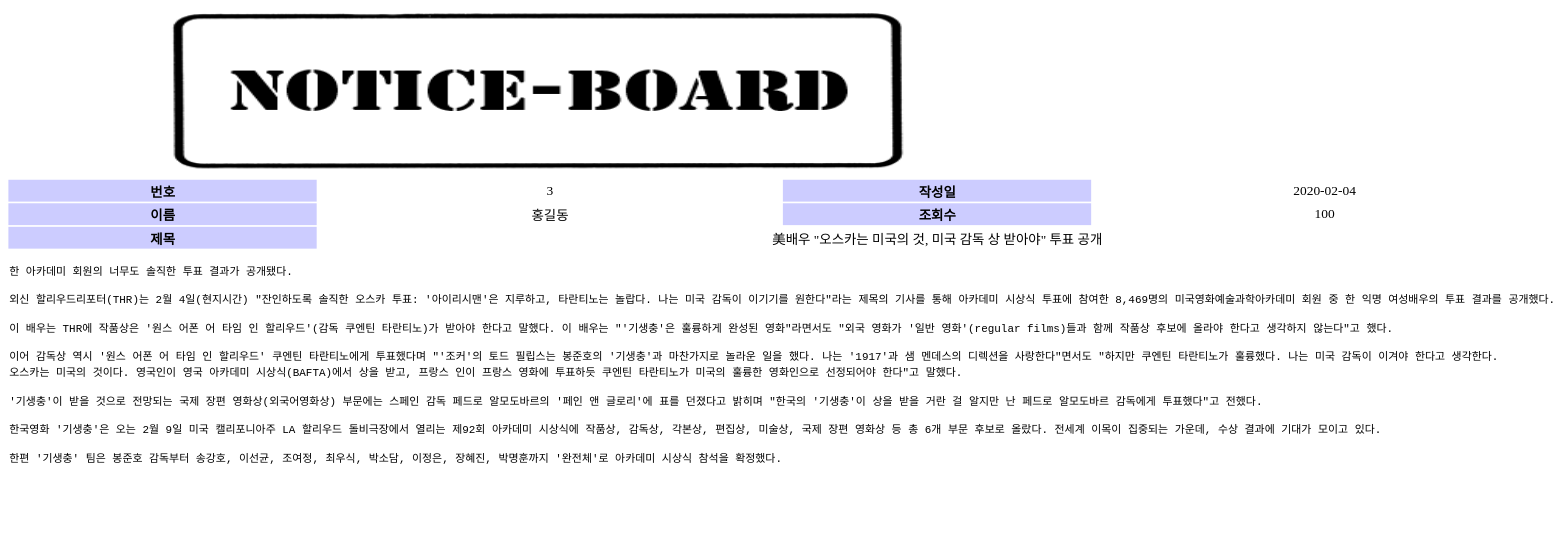
Repository: Rummikub/DBStudy
Page: HTML Project3/WebContent/html/detail.html
These files come from the project's save history. The page is drawn as it stood at one moment and after the next save; the edit follows.
The browser window is 1280 px wide. The page is 1856 px wide, then 1663 px, so the pictures cover 1856 px, including what lies to the right of the window. The pictures show the whole page, at 84% of full size.

Above is the page before, as saved 2020-02-05 07:13:40.

### HTML Project3/WebContent/html/detail.html
<!DOCTYPE html>
<html>
<head>
<meta charset="UTF-8">
<title>Insert title here</title>
</head>
<body>
	<center>
	<img src="noticeboard.png" width=900 height=200>
	<table border=0 width=900>
		<tr>
		 <th width=20% bgcolor="#ccccff">번호</th>
		 <td width=30% align="center">3</td>
		 <th width=20% bgcolor="#ccccff">작성일</th>
		 <td width=30% align="center">2020-02-04</td>
		</tr>
		<tr>
		 <th width=20% bgcolor="#ccccff">이름</th>
		 <td width=30% align="center">홍길동</td>
		 <th width=20% bgcolor="#ccccff">조회수</th>
		 <td width=30% align="center">100</td>
		</tr>
		<tr>
		 <th width=20% bgcolor="#ccccff">제목</th>
		 <td colspan="3" align="center">美배우 "오스카는 미국의 것, 미국 감독 상 받아야" 투표 공개</td>
		</tr>
		<tr>
		 <td colspan="4" align="left" valign="top" height="200"><pre>한 아카데미 회원의 너무도 솔직한 투표 결과가 공개됐다.

외신 할리우드리포터(THR)는 2월 4일(현지시간) "잔인하도록 솔직한 오스카 투표: '아이리시맨'은 지루하고, 타란티노는 놀랍다. 나는 미국 감독이 이기기를 원한다"라는 제목의 기사를 통해 아카데미 시상식 투표에 참여한 8,469명의 미국영화예술과학아카데미 회원 중 한 익명 여성배우의 투표 결과를 공개했다.

이 배우는 THR에 작품상은 '원스 어폰 어 타임 인 할리우드'(감독 쿠엔틴 타란티노)가 받아야 한다고 말했다. 이 배우는 "'기생충'은 훌륭하게 완성된 영화"라면서도 "외국 영화가 '일반 영화'(regular films)들과 함께 작품상 후보에 올라야 한다고 생각하지 않는다"고 했다.

이어 감독상 역시 '원스 어폰 어 타임 인 할리우드' 쿠엔틴 타란티노에게 투표했다며 "'조커'의 토드 필립스는 봉준호의 '기생충'과 마찬가지로 놀라운 일을 했다. 나는 '1917'과 샘 멘데스의 디렉션을 사랑한다"면서도 "하지만 쿠엔틴 타란티노가 훌륭했다. 나는 미국 감독이 이겨야 한다고 생각한다.
오스카는 미국의 것이다. 영국인이 영국 아카데미 시상식(BAFTA)에서 상을 받고, 프랑스 인이 프랑스 영화에 투표하듯 쿠엔틴 타란티노가 미국의 훌륭한 영화인으로 선정되어야 한다"고 말했다.

'기생충'이 받을 것으로 전망되는 국제 장편 영화상(외국어영화상) 부문에는 스페인 감독 페드로 알모도바르의 '페인 앤 글로리'에 표를 던졌다고 밝히며 "한국의 '기생충'이 상을 받을 거란 걸 알지만 난 페드로 알모도바르 감독에게 투표했다"고 전했다.

한국영화 '기생충'은 오는 2월 9일 미국 캘리포니아주 LA 할리우드 돌비극장에서 열리는 제92회 아카데미 시상식에 작품상, 감독상, 각본상, 편집상, 미술상, 국제 장편 영화상 등 총 6개 부문 후보로 올랐다. 전세계 이목이 집중되는 가운데, 수상 결과에 기대가 모이고 있다.

한편 '기생충' 팀은 봉준호 감독부터 송강호, 이선균, 조여정, 최우식, 박소담, 이정은, 장혜진, 박명훈까지 '완전체'로 아카데미 시상식 참석을 확정했다.</pre></td>
		</tr>
	</table>
	</center>
</body>
</html>

After the next save:
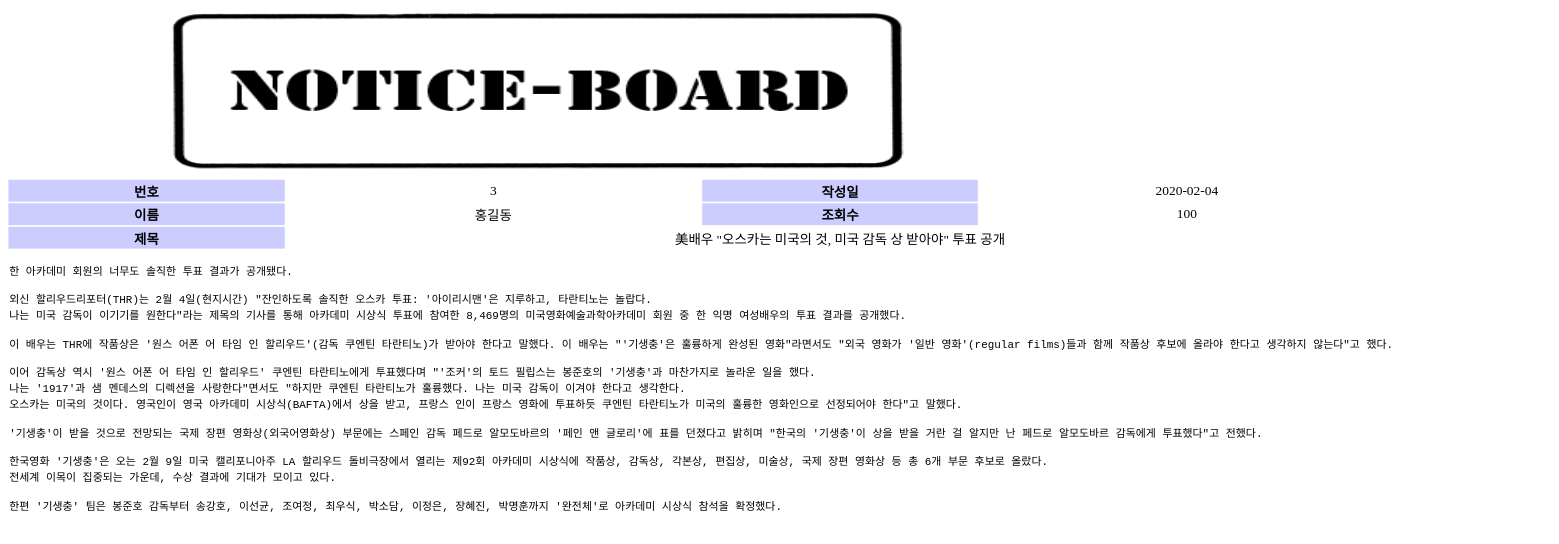
Saved 48 s later.
--- a/HTML Project3/WebContent/html/detail.html
+++ b/HTML Project3/WebContent/html/detail.html
@@ -27,16 +27,19 @@
 		<tr>
 		 <td colspan="4" align="left" valign="top" height="200"><pre>한 아카데미 회원의 너무도 솔직한 투표 결과가 공개됐다.
 
-외신 할리우드리포터(THR)는 2월 4일(현지시간) "잔인하도록 솔직한 오스카 투표: '아이리시맨'은 지루하고, 타란티노는 놀랍다. 나는 미국 감독이 이기기를 원한다"라는 제목의 기사를 통해 아카데미 시상식 투표에 참여한 8,469명의 미국영화예술과학아카데미 회원 중 한 익명 여성배우의 투표 결과를 공개했다.
+외신 할리우드리포터(THR)는 2월 4일(현지시간) "잔인하도록 솔직한 오스카 투표: '아이리시맨'은 지루하고, 타란티노는 놀랍다.
+나는 미국 감독이 이기기를 원한다"라는 제목의 기사를 통해 아카데미 시상식 투표에 참여한 8,469명의 미국영화예술과학아카데미 회원 중 한 익명 여성배우의 투표 결과를 공개했다.
 
 이 배우는 THR에 작품상은 '원스 어폰 어 타임 인 할리우드'(감독 쿠엔틴 타란티노)가 받아야 한다고 말했다. 이 배우는 "'기생충'은 훌륭하게 완성된 영화"라면서도 "외국 영화가 '일반 영화'(regular films)들과 함께 작품상 후보에 올라야 한다고 생각하지 않는다"고 했다.
 
-이어 감독상 역시 '원스 어폰 어 타임 인 할리우드' 쿠엔틴 타란티노에게 투표했다며 "'조커'의 토드 필립스는 봉준호의 '기생충'과 마찬가지로 놀라운 일을 했다. 나는 '1917'과 샘 멘데스의 디렉션을 사랑한다"면서도 "하지만 쿠엔틴 타란티노가 훌륭했다. 나는 미국 감독이 이겨야 한다고 생각한다.
+이어 감독상 역시 '원스 어폰 어 타임 인 할리우드' 쿠엔틴 타란티노에게 투표했다며 "'조커'의 토드 필립스는 봉준호의 '기생충'과 마찬가지로 놀라운 일을 했다.
+나는 '1917'과 샘 멘데스의 디렉션을 사랑한다"면서도 "하지만 쿠엔틴 타란티노가 훌륭했다. 나는 미국 감독이 이겨야 한다고 생각한다.
 오스카는 미국의 것이다. 영국인이 영국 아카데미 시상식(BAFTA)에서 상을 받고, 프랑스 인이 프랑스 영화에 투표하듯 쿠엔틴 타란티노가 미국의 훌륭한 영화인으로 선정되어야 한다"고 말했다.
 
 '기생충'이 받을 것으로 전망되는 국제 장편 영화상(외국어영화상) 부문에는 스페인 감독 페드로 알모도바르의 '페인 앤 글로리'에 표를 던졌다고 밝히며 "한국의 '기생충'이 상을 받을 거란 걸 알지만 난 페드로 알모도바르 감독에게 투표했다"고 전했다.
 
-한국영화 '기생충'은 오는 2월 9일 미국 캘리포니아주 LA 할리우드 돌비극장에서 열리는 제92회 아카데미 시상식에 작품상, 감독상, 각본상, 편집상, 미술상, 국제 장편 영화상 등 총 6개 부문 후보로 올랐다. 전세계 이목이 집중되는 가운데, 수상 결과에 기대가 모이고 있다.
+한국영화 '기생충'은 오는 2월 9일 미국 캘리포니아주 LA 할리우드 돌비극장에서 열리는 제92회 아카데미 시상식에 작품상, 감독상, 각본상, 편집상, 미술상, 국제 장편 영화상 등 총 6개 부문 후보로 올랐다.
+전세계 이목이 집중되는 가운데, 수상 결과에 기대가 모이고 있다.
 
 한편 '기생충' 팀은 봉준호 감독부터 송강호, 이선균, 조여정, 최우식, 박소담, 이정은, 장혜진, 박명훈까지 '완전체'로 아카데미 시상식 참석을 확정했다.</pre></td>
 		</tr>
